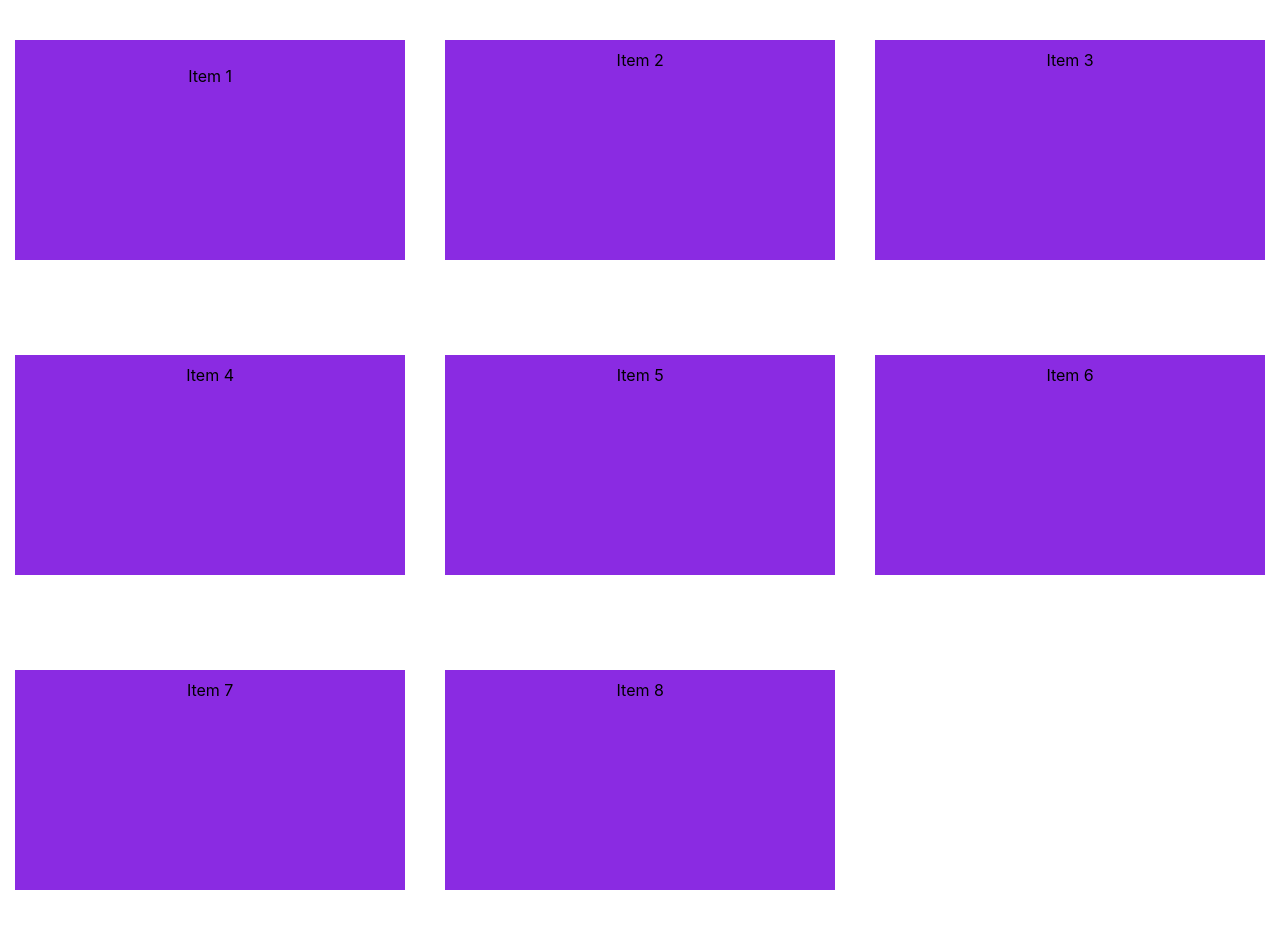
Repository: thai-shriya/anxiety-tracker
Page: /
The author's editor kept a copy of each file at every save. The page is drawn from the files as they stood at one save, then again after the next save.
The browser window is 1280 px wide. The pictures show the whole page.
The project was rebuilt for these pictures with package versions that can differ from the ones it lists, and the page was loaded fresh each time.

Above is the page before, as saved 2024-04-22 15:03:47.

### src/App.js
import './App.css';

function App() {
  return (
    <div className='grid-container'>
      <div className='grid-item'><p>Item 1</p></div>
      <div className='grid-item'>Item 2</div>
      <div className='grid-item'>Item 3</div>
      <div className='grid-item'>Item 4</div>
      <div className='grid-item'>Item 5</div>
      <div className='grid-item'>Item 6</div>
      <div className='grid-item'>Item 7</div>
      <div className='grid-item'>Item 8</div>
    </div>

  );
}

export default App;

### src/App.css
.grid-container{
  display: grid;
  grid-template-columns: auto auto auto;
  column-gap: 10px;
  row-gap: 15px;
}

.grid-item{
  padding: 10px;
  text-align: center;
  border: 1px red;
  background-color:blueviolet;
  margin: 40px 15px 40px 15px;
  height: 200px;
  text-align: center;

}

Loaded but not shown: public/index.html (common file); src/index.js (common file); src/index.css (common file); src/reportWebVitals.js (common file)

After the next save:
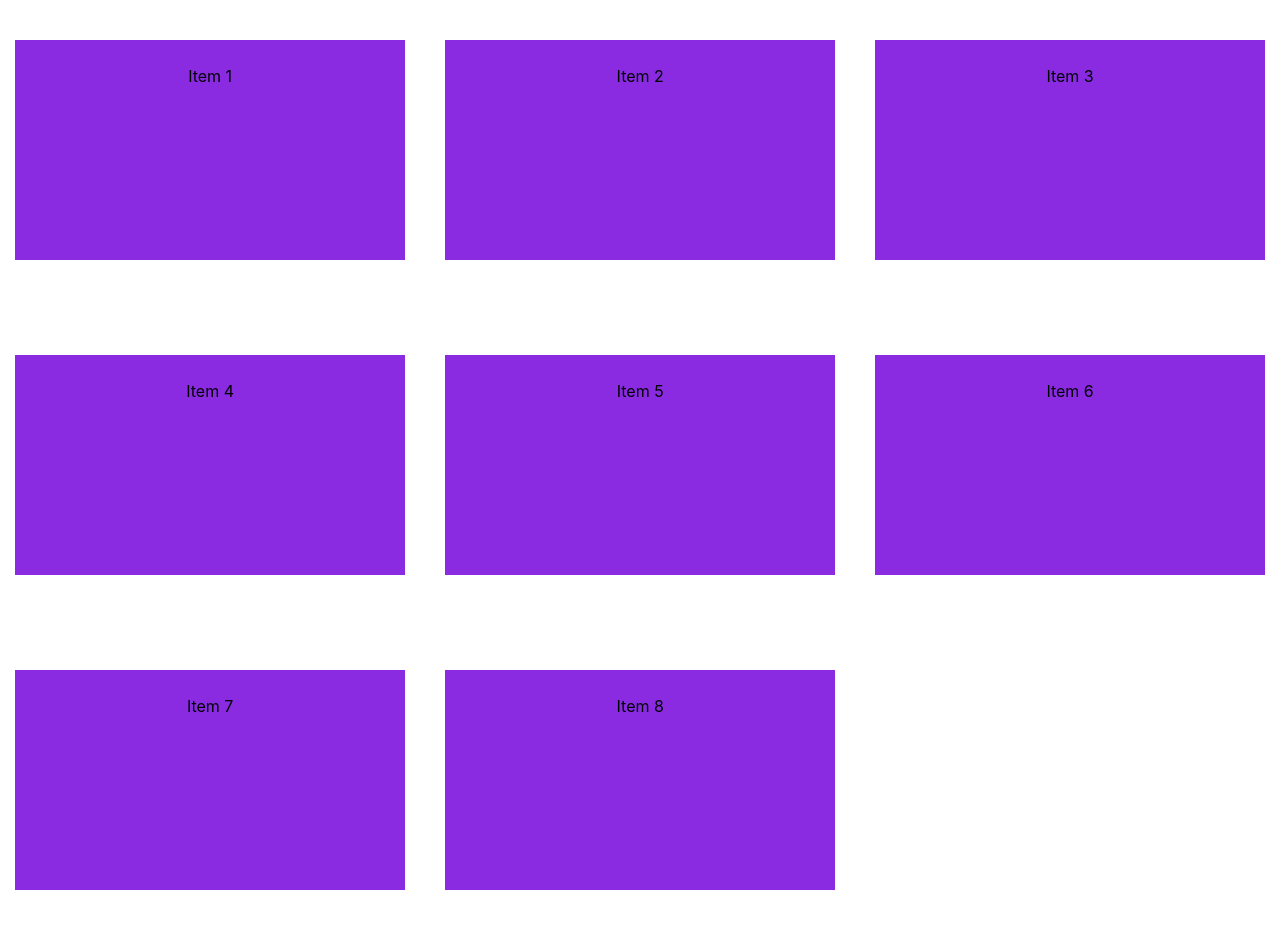
Saved 2 min 21 s later.
--- a/src/App.js
+++ b/src/App.js
@@ -4,13 +4,13 @@ function App() {
   return (
     <div className='grid-container'>
       <div className='grid-item'><p>Item 1</p></div>
-      <div className='grid-item'>Item 2</div>
-      <div className='grid-item'>Item 3</div>
-      <div className='grid-item'>Item 4</div>
-      <div className='grid-item'>Item 5</div>
-      <div className='grid-item'>Item 6</div>
-      <div className='grid-item'>Item 7</div>
-      <div className='grid-item'>Item 8</div>
+      <div className='grid-item'><p>Item 2</p></div>
+      <div className='grid-item'><p>Item 3</p></div>
+      <div className='grid-item'><p>Item 4</p></div>
+      <div className='grid-item'><p>Item 5</p></div>
+      <div className='grid-item'><p>Item 6</p></div>
+      <div className='grid-item'><p>Item 7</p></div>
+      <div className='grid-item'><p>Item 8</p></div>
     </div>
 
   );
